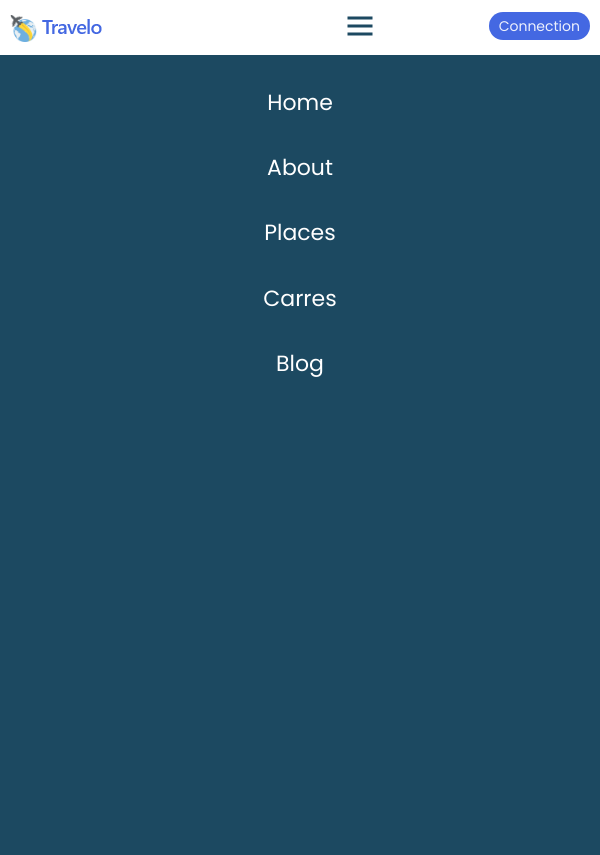
Repository: kuluong2000/travel
Page: index.html
The author's editor kept a copy of each file at every save. The page is drawn from the files as they stood at one save, then again after the next save.
The browser window is 600 px wide. The pictures show the whole page.
The style sheet was rebuilt from its Sass, Less or Tailwind sources for each picture, by a compiler version that may differ from the author's.

Above is the page before, as saved 2021-09-03 22:32:18.

After the next save:
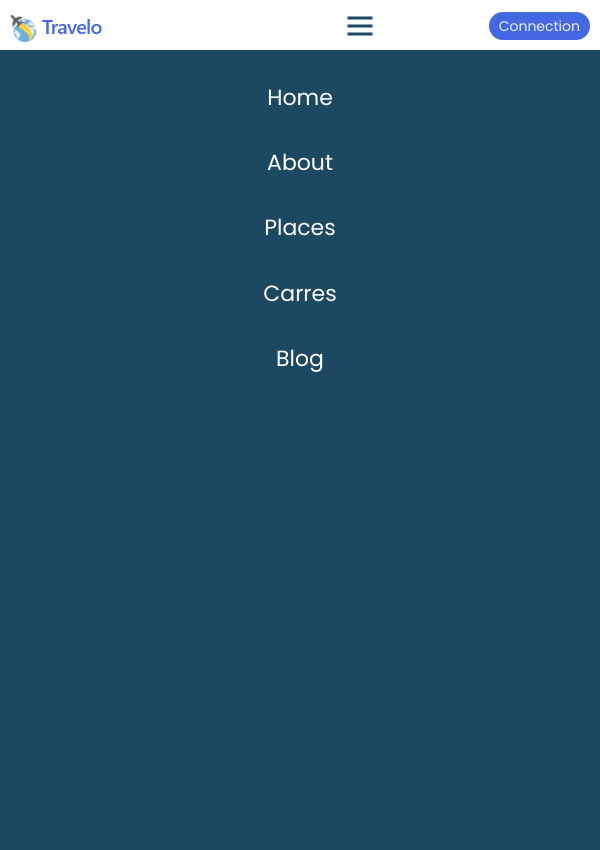
Saved 5 s later.
--- a/assets/css/responsive.css
+++ b/assets/css/responsive.css
@@ -41,7 +41,7 @@
         width: 100%;
         height: 100vh;
         left: 0;
-        top: 55px;
+        top: 50px;
         justify-content: unset;
     }
     .header__mennu__item__link {
